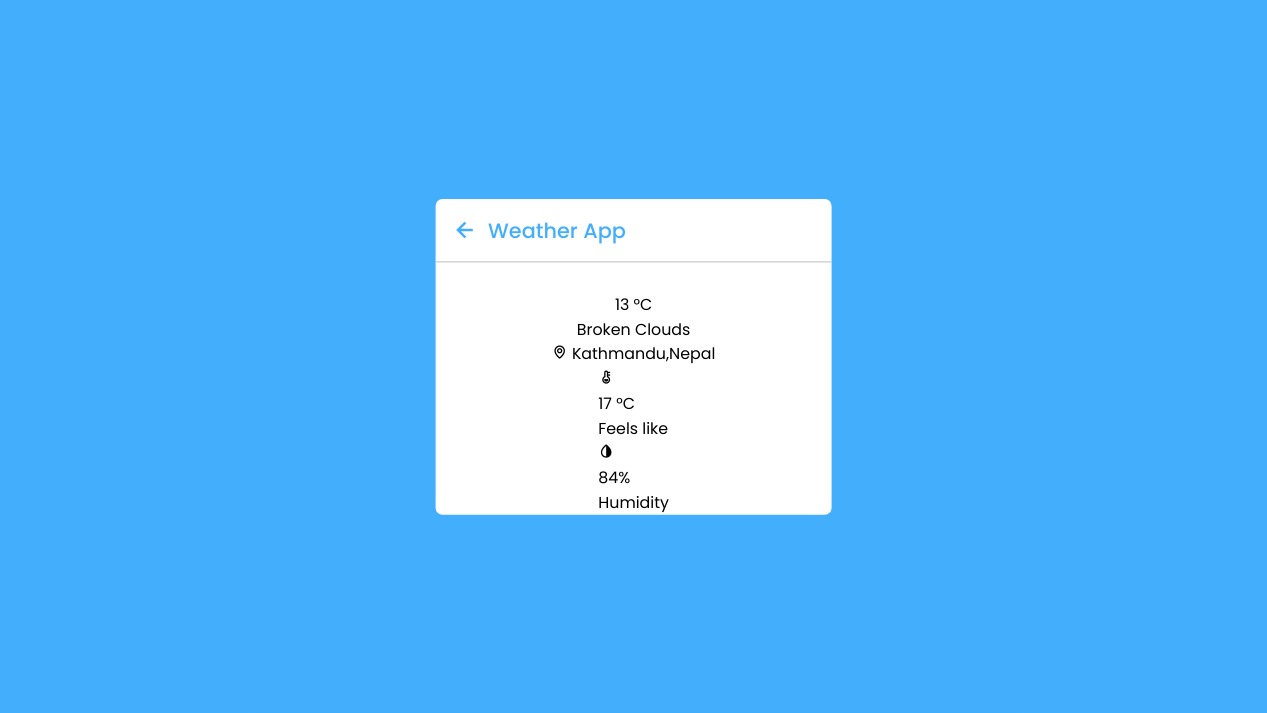
Repository: long13820/Weather-App-HTML-CSS-Javascript
Page: index.html
The author's editor kept a copy of each file at every save. The page is drawn from the files as they stood at one save, then again after the next save.
The browser window is 1280 px wide. The pictures show the whole page, at 99% of full size.

Above is the page before, as saved 2021-09-02 11:25:16.

### index.html
<!DOCTYPE html>
<html lang="en">
<head>
    <meta charset="UTF-8">
    <meta http-equiv="X-UA-Compatible" content="IE=edge">
    <meta name="viewport" content="width=device-width, initial-scale=1.0">
    <title>Weather App</title>
    <link rel="stylesheet" href="style.css">

    <!--Linking Boxicon For Icon-->
    <link rel="stylesheet" href='https://unpkg.com/boxicons@2.0.9/css/boxicons.min.css' >


</head>
<body>
    <div class="wrapper">
        <header>
            <i class="bx bx-left-arrow-alt"></i>
            Weather App
        </header>
        <section class="input-part">
            <p class="info-txt pending">Please enter a valid city name</p>
            <input type="text" placeholder="Enter city name" spellcheck="false" required>
            <div class="separator"></div>
            <button>Get Device Location</button>
        </section>
        <section class="weather-part">
            <!-- <img src="/Weather Icons/cloud.svg" alt="Weather Icon"> -->
            <div class="temp">
                <span class="numb">13</span>
                <span class="deg">°</span>C
            </div>
            <div class="weather">Broken Clouds</div>
            <div class="location">
                <i class="bx bx-map"></i>
                <span>Kathmandu,Nepal</span>
            </div>
            <div class="bottom-details">
                <div class="column feels">
                    <i class="bx bxs-thermometer"></i>
                    <div class="details">
                        <div class="temp">
                            <span class="numb">17</span>
                            <span class="deg">°</span>C
                        </div>
                        <p>Feels like</p>
                    </div>
                </div>
                <div class="column humidity">
                    <i class="bx bxs-droplet-half"></i>
                    <div class="details">
                        <span class="numb">84%</span>
                        <p>Humidity</p>
                    </div>
                </div>
            </div>
        </section>
    </div>
</body>
</html>

### style.css
/*Import Google Font - Poppins*/
@import url('https://fonts.googleapis.com/css2?family=Poppins:wght@400;500;600;700&display=swap');
*{
    margin: 0;
    padding: 0;
    box-sizing: border-box;
    font-family: 'Poppins', sans-serif;
}
body{
    display: flex;
    align-items: center;
    justify-content: center;
    min-height: 100vh;
    background: #43AFFC;
}
.wrapper{
    width: 400px;
    border-radius: 7px;
    background: white;
}
.wrapper header{
    color: #43AFFC;
    font-size: 21px;
    font-weight: 500;
    padding: 16px 15px;
    display: flex;
    align-items: center;
    border-bottom: 1px solid #bfbfbf;

}
header i{
    cursor: pointer;
    font-size: 30px;
    margin-right: 8px;
}
.wrapper .input-part{
    display: none;
    margin: 20px 25px 30px;
}
.input-part .info-txt{
    display: none;
    font-size: 17px;
    text-align: center;
    padding: 12px 7px;
    border-radius: 7px;
    margin-bottom: 15px;
}
.info-txt.error{
    display: block;
    color: #721c24;
    background: #f8d7da;
    border: 1px solid #f5c6cb;
}
.info-txt.pending{
    display: block;
    color: #0c5460;
    background: #d1ecf1;
    border: 1px solid #bee5eb;
}
.input-part :where(input, button){
    width: 100%;
    height: 55px;
    border: none;
    outline: none;
    font-size: 18px;
    border-radius: 7px;
}
.input-part input{
    text-align: center;
    border: 1px solid #bfbfbf;
}
.input-part input:is(:focus,:valid){

}
.input-part .separator{
    height: 1px;
    width: 100%;
    margin: 25px 0px;
    background: #ccc;
    display: flex;
    align-items: center;
    justify-content: center;
}
.separator::before{
    content: "or";
    background-color: white;
    font-size: 19px;
    padding: 0px 15px;
    background: #fff;
}
.input-part button{
    color: white;
    cursor: pointer;
    background: #43AFFC;
}

.wrapper .weather-part{
    margin: 30px 0 0;
    display: flex;
    align-items: center;
    justify-content: center;
    flex-direction: column;
}

After the next save:
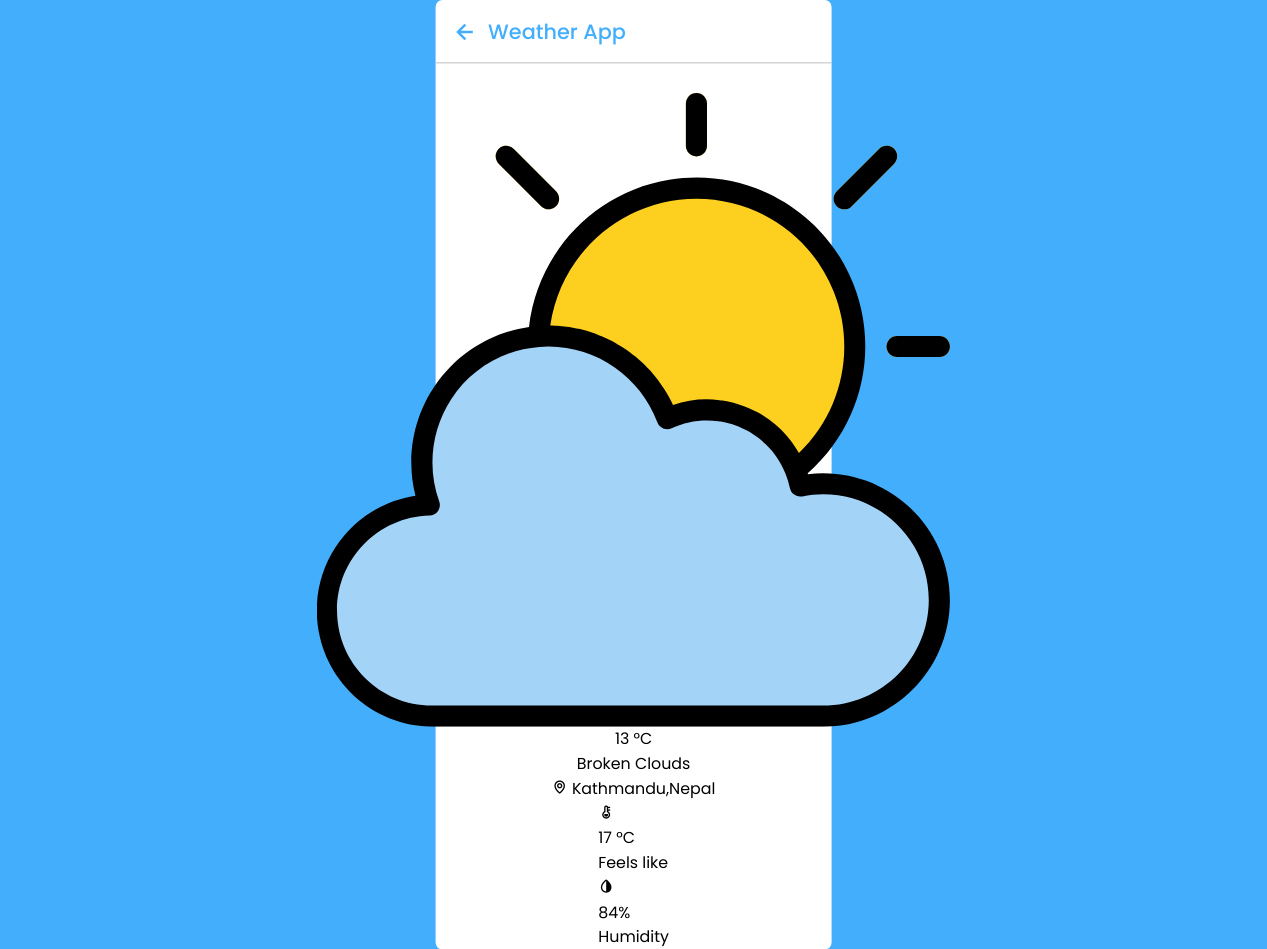
Saved 14 s later.
--- a/index.html
+++ b/index.html
@@ -25,7 +25,7 @@
             <button>Get Device Location</button>
         </section>
         <section class="weather-part">
-            <!-- <img src="/Weather Icons/cloud.svg" alt="Weather Icon"> -->
+            <img src="/Weather Icons/cloud.svg" alt="Weather Icon">
             <div class="temp">
                 <span class="numb">13</span>
                 <span class="deg">°</span>C
